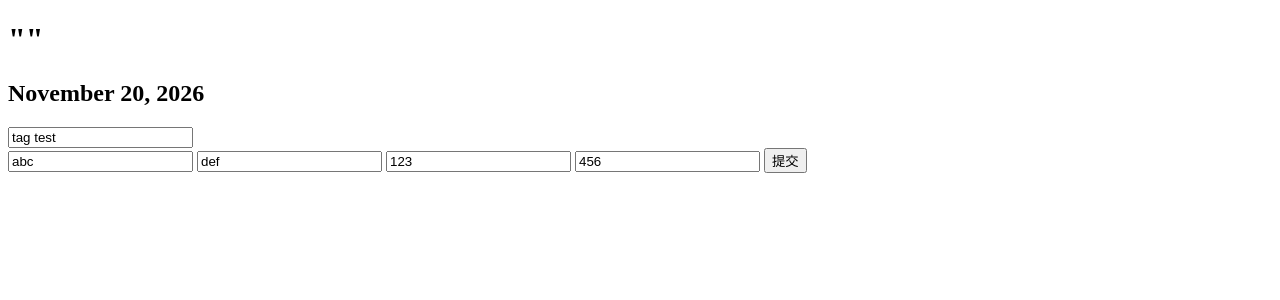
Repository: luckybright/springmvc
Page: http://localhost/springmvc/jsp/echo.jsp
An editor plug-in stored every save of this project. The page is shown before and after the next save, followed by the edit.
The browser window is 1280 px wide. The pictures show the whole page.
The page is served by Tomcat 9. Nobody is signed in. The application's start-up code is not run. Other server files are loaded and not shown.

Above is the page before, as saved 2014-04-23 08:51:29.

### springmvc/WebContent/jsp/echo.jsp
<%@ page language="java" contentType="text/html; charset=UTF-8"
    pageEncoding="UTF-8"%>
<%@taglib prefix="site-utils" uri="/WEB-INF/tlds/site-utils.tld" %>
<!DOCTYPE html PUBLIC "-//W3C//DTD HTML 4.01 Transitional//EN" "http://www.w3.org/TR/html4/loose.dtd">
<html>
<head>
<meta http-equiv="Content-Type" content="text/html; charset=UTF-8">
<title>Insert title here</title>
</head>
<body>
<h1>"${aJspValue}"</h1>
<h2><site-utils:lastModified/></h2>
<site-utils:textInput/>
<form action="product/tableform.cmd" method="post">
<input type="text" value="abc" name="tablename">
<input type="text" value="def" name="tablename">
<input type="text" value="123" name="tablename">
<input type="text" value="456" name="tablename">
<input type="submit" value="提交">
</form>
</body>
</html>

### springmvc/src/ming/tag/LastModifiedTag.java
package ming.tag;

import java.io.File;
import java.io.IOException;
import java.text.DateFormat;
import java.util.Date;

import javax.servlet.http.HttpServletRequest;
import javax.servlet.jsp.tagext.TagSupport;

public class LastModifiedTag extends TagSupport {
	private static final long serialVersionUID = -2463956816652901357L;

	public int doEndTag() {
		try {
			HttpServletRequest request = (HttpServletRequest) pageContext
					.getRequest();
			String path = pageContext.getServletContext().getRealPath(
					request.getServletPath());
			File file = new File(path);
			DateFormat formatter = DateFormat.getDateInstance(DateFormat.LONG);
			pageContext.getOut().println(
					formatter.format(new Date(file.lastModified())));
		} catch (IOException ignored) {
		}
		return EVAL_PAGE;
	}

}

### springmvc/src/ming/tag/TextInputTag.java
package ming.tag;

import java.io.IOException;

import javax.servlet.jsp.tagext.TagSupport;

public class TextInputTag extends TagSupport {

	private static final long serialVersionUID = -3451527101072326720L;

	public int doEndTag(){
		try {
			pageContext.getOut().println("<input type=\"text\" value=\"tag test\">");
		} catch (IOException ignored) {
		}
		return EVAL_PAGE;
	}
}

After the next save:
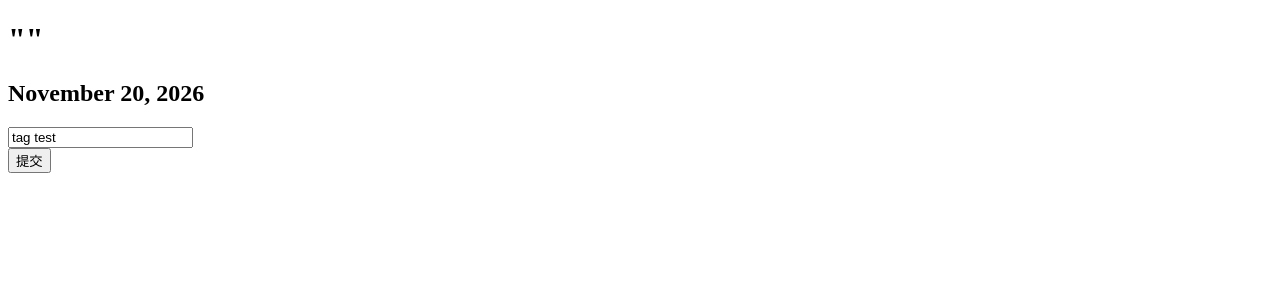
Saved 21 h 9 min later.
--- a/springmvc/WebContent/jsp/echo.jsp
+++ b/springmvc/WebContent/jsp/echo.jsp
@@ -11,12 +11,11 @@
 <h1>"${aJspValue}"</h1>
 <h2><site-utils:lastModified/></h2>
 <site-utils:textInput/>
+<div class="tableForm">
 <form action="product/tableform.cmd" method="post">
-<input type="text" value="abc" name="tablename">
-<input type="text" value="def" name="tablename">
-<input type="text" value="123" name="tablename">
-<input type="text" value="456" name="tablename">
+<span></span>
 <input type="submit" value="提交">
 </form>
+</div>
 </body>
 </html>
